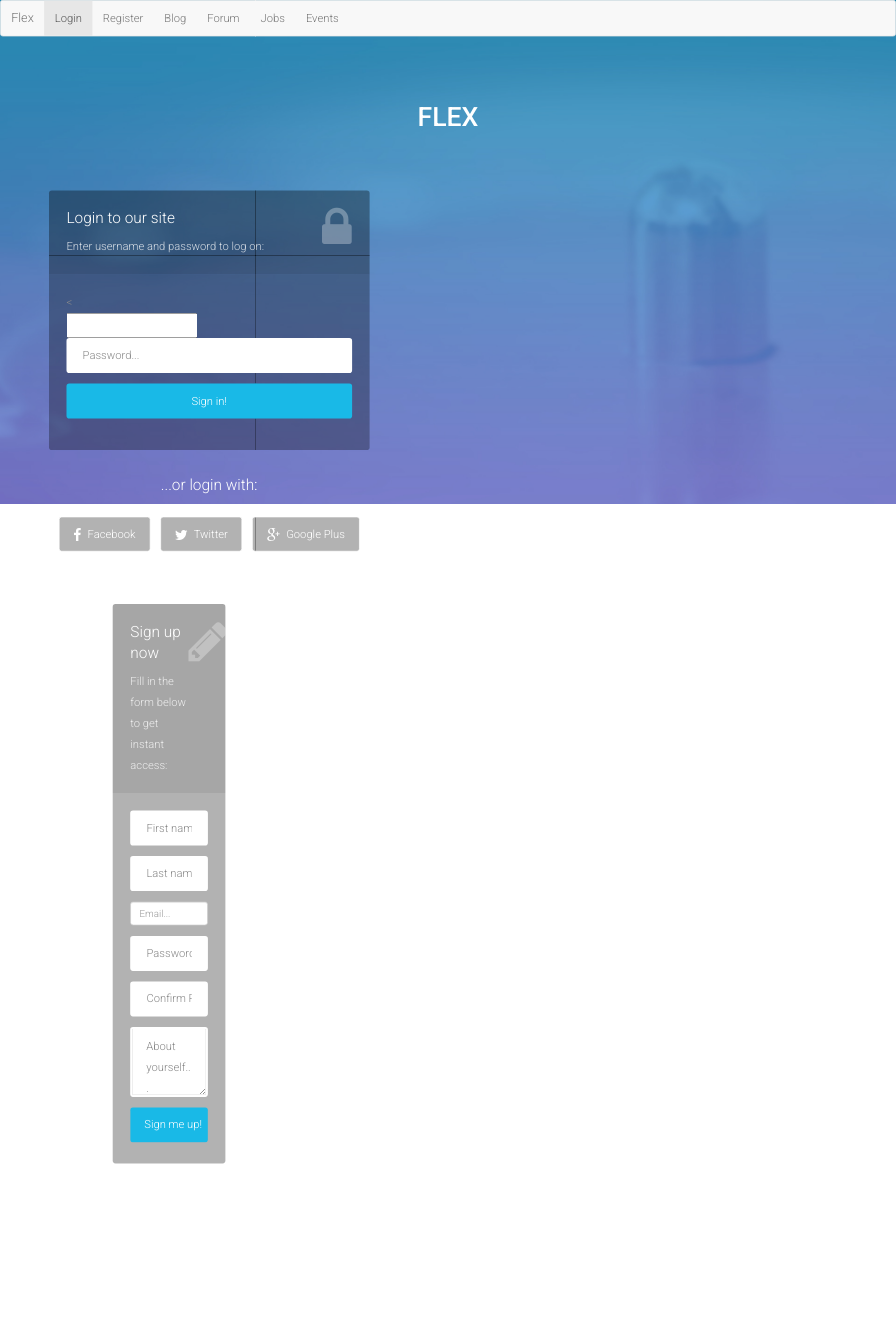
Repository: Angelamritha2012/Flex
Page: Collaboration/WebContent/index.html
An editor plug-in stored every save of this project. The page is shown before and after the next save, followed by the edit.
The browser window is 1280 px wide. The pictures show the whole page, at 70% of full size.
Some web libraries are served in a nearby version.

Above is the page before, as saved 2017-11-30 10:20:01.

After the next save:
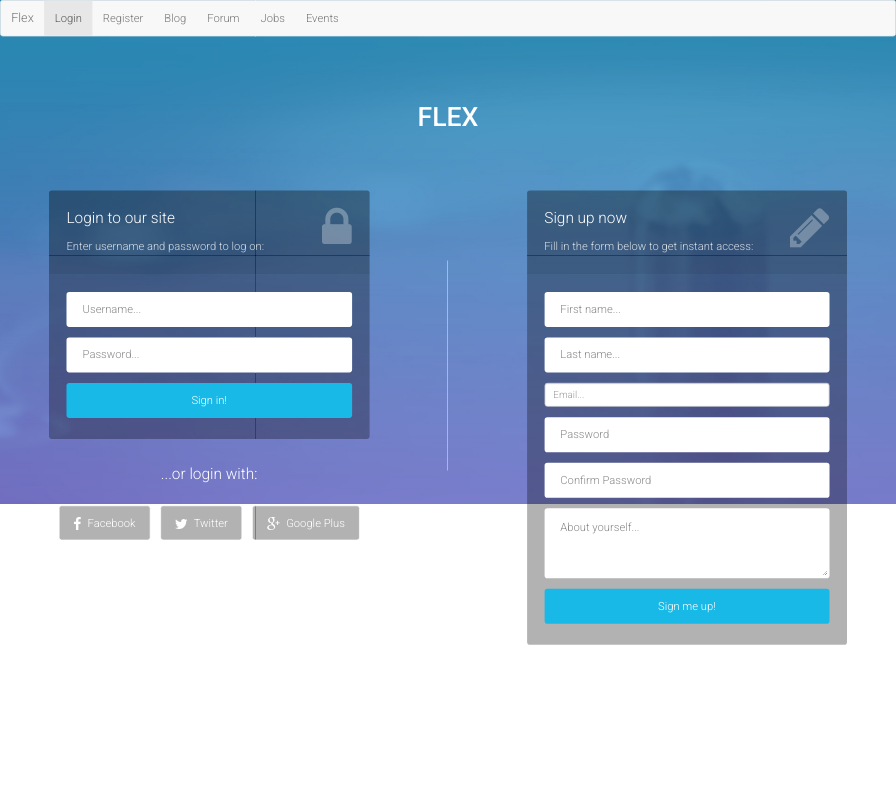
Saved 27 s later.
--- a/Collaboration/WebContent/index.html
+++ b/Collaboration/WebContent/index.html
@@ -86,16 +86,11 @@
 	                            <div class="form-bottom">
 	                            <form  ng-app="myApp" ng-submit="submitForm()" novalidate>
 
-				                    <<!-- div class="form-group">
+				                    <div class="form-group">
 				                    		<label class="sr-only" for="form-username">Username</label>
 				                        	<input type="text" name="form-username" placeholder="Username..." class="form-username form-control" id="form-username">
-				                        </div>	 -->
-				                        <div class="form-group">
-				                        <input type="email" name="email" ng-model="email" required>
-  <span style="color:red" ng-show="myForm.email.$dirty && myForm.email.$invalid">
-  <span ng-show="myForm.email.$error.required">Email is required.</span>
-  <span ng-show="myForm.email.$error.email">Invalid email address.</span>
-  </span>
+				                        </div>
+
 
 
 				                        <div class="form-group">
